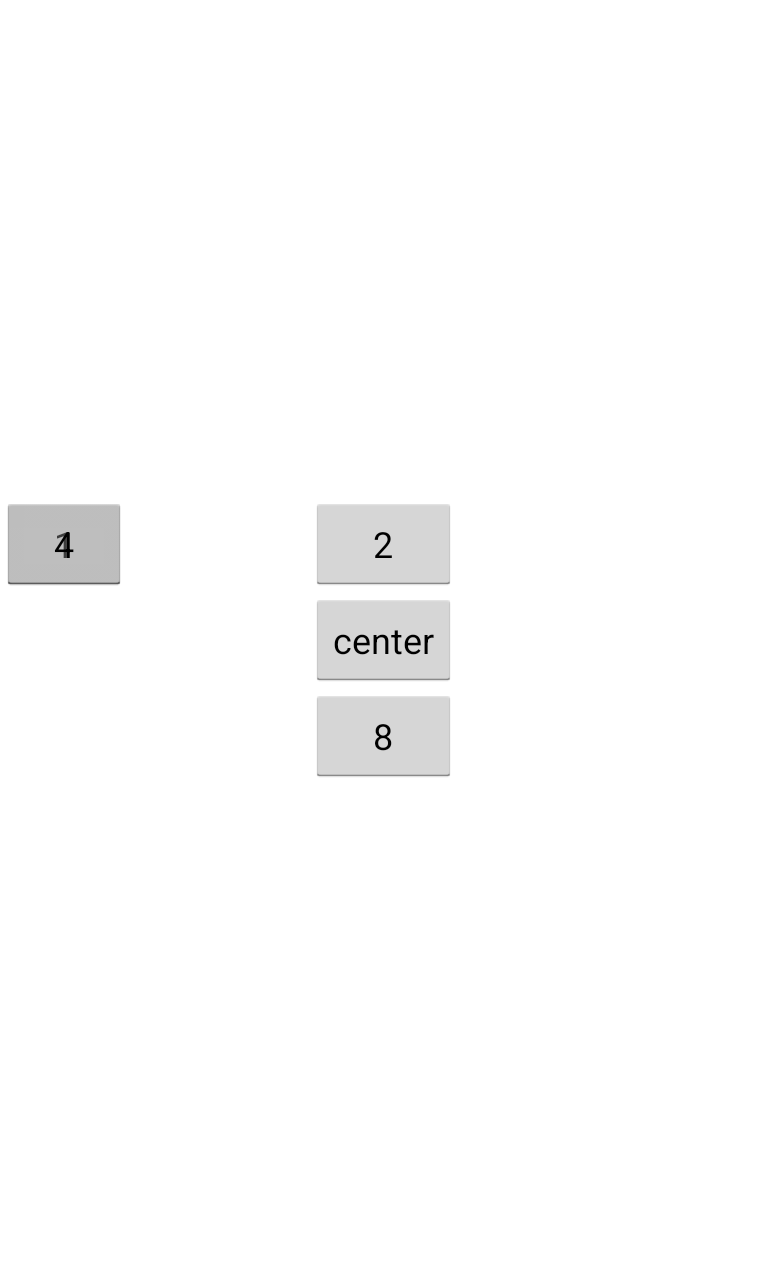
Repository: qwer2714856/Android_learn
Layout: relativeLayoutDeom/res/layout/activity_main.xml
An editor plug-in stored every save of this project. The layout is shown before and after the next save, followed by the edit.
It is drawn on a 768 x 1280 px phone screen (xhdpi) without system bars, with theme AppTheme; the app's code is not run.

Above is the layout before, as saved 2015-09-29 03:51:45.

### relativeLayoutDeom/res/layout/activity_main.xml
<RelativeLayout xmlns:android="http://schemas.android.com/apk/res/android"
    xmlns:tools="http://schemas.android.com/tools"
    android:layout_width="match_parent"
    android:layout_height="match_parent"
    tools:context="com.theadventus.relativelayoutdeom.MainActivity" >


    <Button
        android:layout_width="wrap_content"
        android:layout_height="wrap_content"
        android:text="center"
        android:id="@+id/a5"
        android:layout_centerInParent="true"
        />


    <Button
        android:layout_width="wrap_content"
        android:layout_height="wrap_content"
        android:text="2"
        android:id="@+id/a2"
        android:layout_alignLeft="@id/a5"
        android:layout_alignRight="@id/a5"
        android:layout_above="@id/a5"
        />


     <Button
        android:layout_width="wrap_content"
        android:layout_height="wrap_content"
        android:text="8"
        android:id="@+id/a8"
        android:layout_alignLeft="@id/a5"
        android:layout_alignRight="@id/a5"
        android:layout_below="@id/a5"
        />

     <Button
        android:layout_width="wrap_content"
        android:layout_height="wrap_content"
        android:text="1"
        android:id="@+id/a1"
        android:layout_alignLeft="@id/a2"
        android:layout_above="@id/a5"
        android:layout_alignParentLeft="true"
        />


     <Button
        android:layout_width="wrap_content"
        android:layout_height="wrap_content"
        android:text="4"
        android:id="@+id/a4"
        android:layout_alignLeft="@id/a2"
        android:layout_above="@id/a5"
        android:layout_alignParentLeft="true"
        />

</RelativeLayout>

Loaded but not shown: relativeLayoutDeom/res/values/styles.xml (common file); relativeLayoutDeom/res/values-v11/styles.xml (common file); relativeLayoutDeom/res/values-v14/styles.xml (common file)

After the next save:
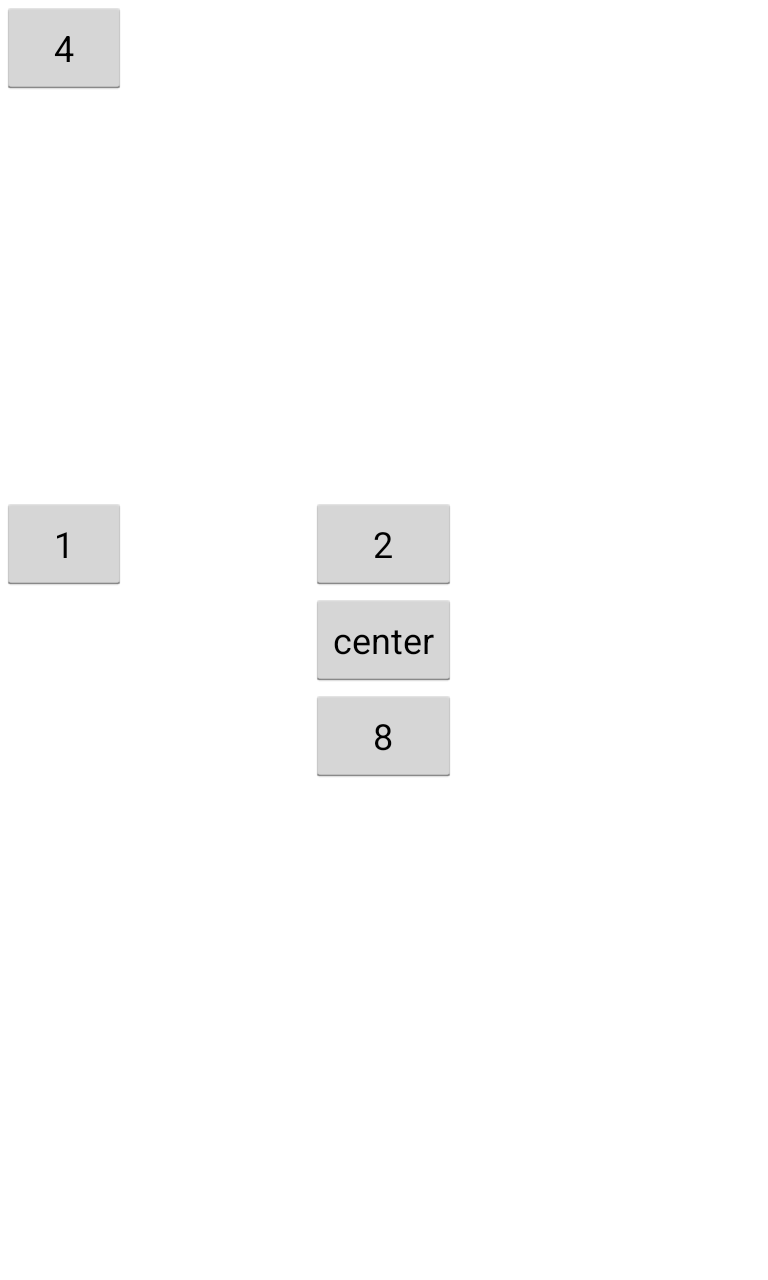
Saved 10 s later.
--- a/relativeLayoutDeom/res/layout/activity_main.xml
+++ b/relativeLayoutDeom/res/layout/activity_main.xml
@@ -51,9 +51,7 @@
         android:layout_height="wrap_content"
         android:text="4"
         android:id="@+id/a4"
-        android:layout_alignLeft="@id/a2"
-        android:layout_above="@id/a5"
-        android:layout_alignParentLeft="true"
+
         />
 
 </RelativeLayout>
